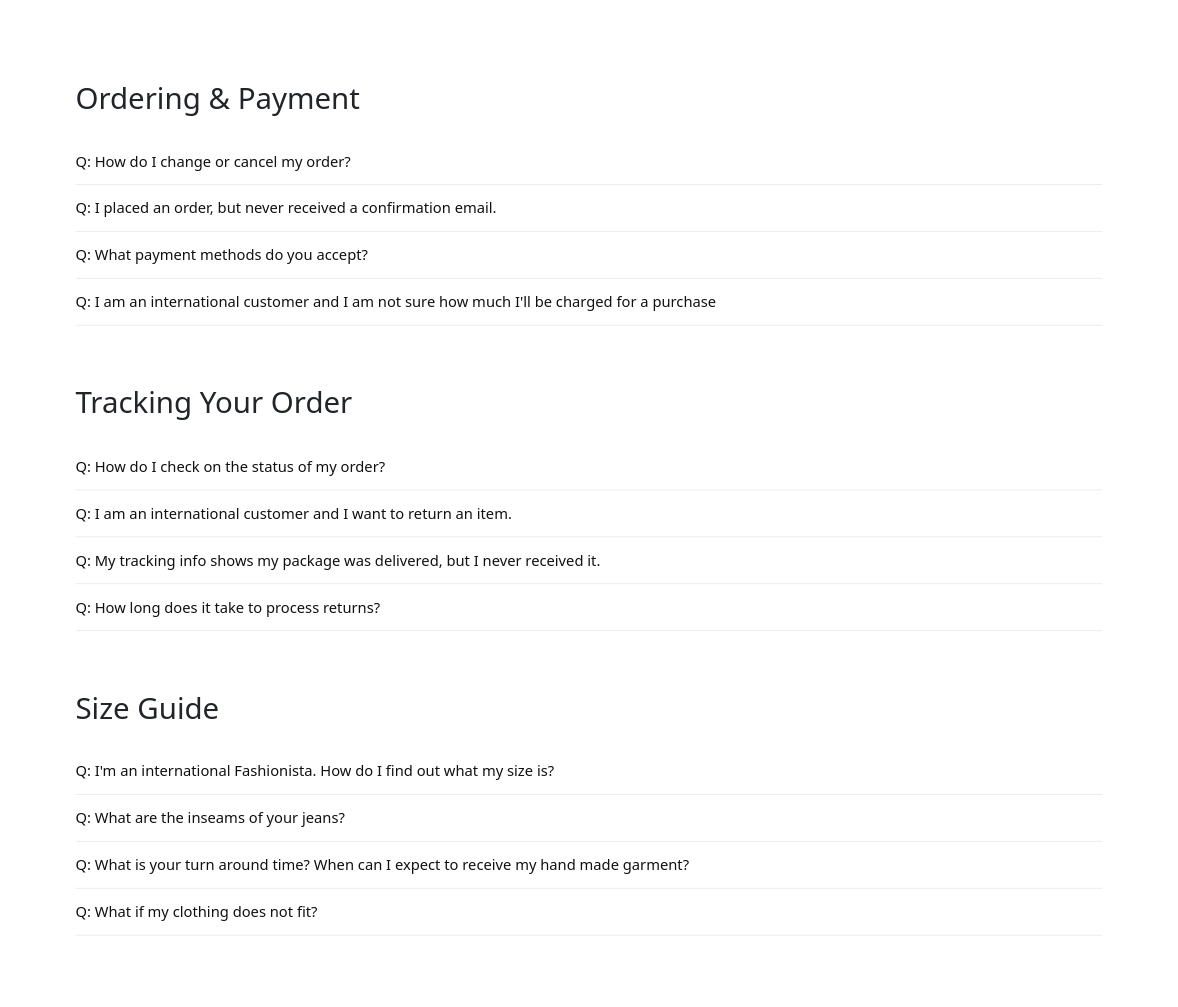
Repository: ST-United-Internship/Modaz-4life
Page: FaQ/FAQ.html
The author's editor kept a copy of each file at every save. The page is drawn from the files as they stood at one save, then again after the next save.
The browser window is 1280 px wide. The pictures show the whole page, at 92% of full size.

Above is the page before, as saved 2023-03-22 16:22:41.

### FaQ/FAQ.html
<!DOCTYPE html>
<html lang="en">
<head>
    <meta charset="UTF-8">
    <meta http-equiv="X-UA-Compatible" content="IE=edge">
    <meta name="viewport" content="width=device-width, initial-scale=1.0">
    <link rel="stylesheet" type="text/css" href="FAQ.css" >
    <link href="https://cdn.jsdelivr.net/npm/bootstrap@5.3.0-alpha1/dist/css/bootstrap.min.css" rel="stylesheet" integrity="sha384-GLhlTQ8iRABdZLl6O3oVMWSktQOp6b7In1Zl3/Jr59b6EGGoI1aFkw7cmDA6j6gD" crossorigin="anonymous">
    <title>Document</title>
</head>
<body class="bodi header_sticky header-style-2 has-menu-extra">
   <!-- <div class="boxed">
    <div class="title-page textImg textImg1" style="background-position: 50% 89px;">
        <div class="container">
            <div class="row">
                <div class="col-md-12">
                    <div class="heading-page">
                    <h1 class="title">FAQ</h1>
                    </div>
                    <div class="breadcrumbs">
                    <ul>
                    <li><a href="index.html">Home</a></li>
                    <li><a href="coming-soon.html">Page</a></li>
                    <li><a href="faqs.html">Faq</a></li>
                    </ul>
                    </div>
                    </div>
            </div>
        </div>
    </div>
   </div>

</div> -->
    <div class="boxed">
        <section class="text-row">
            <div class="container">
                <div class="row">
                    <div class="col-md-12">
                        <div class="over-title">
                            <h2>Ordering & Payment</h2>
                        </div>
                        <div class="over-rise">
                            <div class="over-toggle">
                                <div class="toggle-title">Q: How do I change or cancel my order?</div>
                                <div class="toggle-text">
                                    <p>
                                    We’re super quick at processing orders to make sure that you receive them as soon as possible. You can change your order as much as you like before you click “Check- out” but after this point you will be unable to make changes to your order. Keep in mind our system is designed to fulfill orders as quickly as possible. We cannot cancel or change an order once it has been placed. In such case you can however, return the item to us in accordance with our Returns Policy. If we sent out your package and your items are returned to us (Packages marked "Return to Sender") due to an incorrect/undeliverable address, we will issue a store credit for the net total minus the shipping fee. You will be held responsible for the initial cost of shipping the package.
                                    </p>
                                    </div>
                            </div>
                            <div class="over-toggle">
                                <div class="toggle-title ">Q: I placed an order, but never received a confirmation email.</div>
                                <div class="toggle-text" style="display: block;">
                                    <p>
                                        We’re super quick at processing orders to make sure that you receive them as soon as possible. You can change your order as much as you like before you click “Check- out” but after this point you will be unable to make changes to your order. Keep in mind our system is designed to fulfill orders as quickly as possible. We cannot cancel or change an order once it has been placed. In such case you can however, return the item to us in accordance with our Returns Policy. If we sent out your package and your items are returned to us (Packages marked "Return to Sender") due to an incorrect/undeliverable address, we will issue a store credit for the net total minus the shipping fee. You will be held responsible for the initial cost of shipping the package.
                                    </p>
                                </div>
                            </div>
                            <div class="over-toggle">
                                <div class="toggle-title">Q: What payment methods do you accept?</div>
                                <div class="toggle-text" style="display: block;">
                                    <p>
                                        We’re super quick at processing orders to make sure that you receive them as soon as possible. You can change your order as much as you like before you click “Check- out” but after this point you will be unable to make changes to your order. Keep in mind our system is designed to fulfill orders as quickly as possible. We cannot cancel or change an order once it has been placed. In such case you can however, return the item to us in accordance with our Returns Policy. If we sent out your package and your items are returned to us (Packages marked "Return to Sender") due to an incorrect/undeliverable address, we will issue a store credit for the net total minus the shipping fee. You will be held responsible for the initial cost of shipping the package.
                                    </p>
                                </div>
                            </div>
                            <div class="over-toggle">
                                <div class="toggle-title ">Q: I am an international customer and I am not sure how much I'll be charged for a purchase</div>
                                <div class="toggle-text" style="display: block;">
                                    <p>
                                        We’re super quick at processing orders to make sure that you receive them as soon as possible. You can change your order as much as you like before you click “Check- out” but after this point you will be unable to make changes to your order. Keep in mind our system is designed to fulfill orders as quickly as possible. We cannot cancel or change an order once it has been placed. In such case you can however, return the item to us in accordance with our Returns Policy. If we sent out your package and your items are returned to us (Packages marked "Return to Sender") due to an incorrect/undeliverable address, we will issue a store credit for the net total minus the shipping fee. You will be held responsible for the initial cost of shipping the package.
                                    </p>
                                </div>
                            </div>
                        </div>
                    </div>
                </div>
                <div class="loaded"></div>
                <div class="row">
                    <div class="col-md-12">
                        <div class="over-title">
                            <h2>Tracking Your Order</h2>
                        </div>
                        <div class="over-rise">
                            <div class="over-toggle">
                                <div class="toggle-title ">Q: How do I check on the status of my order?</div>
                                <div class="toggle-text" style="display: block;">
                                    <p>
                                        We’re super quick at processing orders to make sure that you receive them as soon as possible. You can change your order as much as you like before you click “Check- out” but after this point you will be unable to make changes to your order. Keep in mind our system is designed to fulfill orders as quickly as possible. We cannot cancel or change an order once it has been placed. In such case you can however, return the item to us in accordance with our Returns Policy. If we sent out your package and your items are returned to us (Packages marked "Return to Sender") due to an incorrect/undeliverable address, we will issue a store credit for the net total minus the shipping fee. You will be held responsible for the initial cost of shipping the package.
                                    </p>
                                </div>
                            </div>
                            <div class="over-toggle">
                                <div class="toggle-title ">Q: I am an international customer and I want to return an item.</div>
                                <div class="toggle-text" style="display: block;">
                                    <p>
                                        We’re super quick at processing orders to make sure that you receive them as soon as possible. You can change your order as much as you like before you click “Check- out” but after this point you will be unable to make changes to your order. Keep in mind our system is designed to fulfill orders as quickly as possible. We cannot cancel or change an order once it has been placed. In such case you can however, return the item to us in accordance with our Returns Policy. If we sent out your package and your items are returned to us (Packages marked "Return to Sender") due to an incorrect/undeliverable address, we will issue a store credit for the net total minus the shipping fee. You will be held responsible for the initial cost of shipping the package.
                                    </p>
                                </div>
                            </div>
                            <div class="over-toggle">
                                <div class="toggle-title ">Q: My tracking info shows my package was delivered, but I never received it.</div>
                                <div class="toggle-text" style="display: block;">
                                    <p>
                                        We’re super quick at processing orders to make sure that you receive them as soon as possible. You can change your order as much as you like before you click “Check- out” but after this point you will be unable to make changes to your order. Keep in mind our system is designed to fulfill orders as quickly as possible. We cannot cancel or change an order once it has been placed. In such case you can however, return the item to us in accordance with our Returns Policy. If we sent out your package and your items are returned to us (Packages marked "Return to Sender") due to an incorrect/undeliverable address, we will issue a store credit for the net total minus the shipping fee. You will be held responsible for the initial cost of shipping the package.
                                    </p>
                                </div>
                            </div>
                            <div class="over-toggle">
                                <div class="toggle-title ">Q: How long does it take to process returns?</div>
                                <div class="toggle-text" style="display: block;">
                                    <p>
                                        We’re super quick at processing orders to make sure that you receive them as soon as possible. You can change your order as much as you like before you click “Check- out” but after this point you will be unable to make changes to your order. Keep in mind our system is designed to fulfill orders as quickly as possible. We cannot cancel or change an order once it has been placed. In such case you can however, return the item to us in accordance with our Returns Policy. If we sent out your package and your items are returned to us (Packages marked "Return to Sender") due to an incorrect/undeliverable address, we will issue a store credit for the net total minus the shipping fee. You will be held responsible for the initial cost of shipping the package.
                                    </p>
                                </div>
                            </div>
                        </div>
                    </div>
                </div>
                <div class="loaded"></div>
                <div class="row">
                    <div class="col-md-12">
                        <div class="over-title">
                            <h2>Size Guide</h2>
                        </div>
                        <div class="over-rise">
                            <div class="over-toggle">
                                <div class="toggle-title">Q: I'm an international Fashionista. How do I find out what my size is?</div>
                                <div class="toggle-text" style="display: block;">
                                    <p>
                                        We’re super quick at processing orders to make sure that you receive them as soon as possible. You can change your order as much as you like before you click “Check- out” but after this point you will be unable to make changes to your order. Keep in mind our system is designed to fulfill orders as quickly as possible. We cannot cancel or change an order once it has been placed. In such case you can however, return the item to us in accordance with our Returns Policy. If we sent out your package and your items are returned to us (Packages marked "Return to Sender") due to an incorrect/undeliverable address, we will issue a store credit for the net total minus the shipping fee. You will be held responsible for the initial cost of shipping the package.
                                    </p>
                                </div>
                            </div>
                            <div class="over-toggle">
                                <div class="toggle-title ">Q: What are the inseams of your jeans?</div>
                                <div class="toggle-text" style="display: block;">
                                    <p>
                                        We’re super quick at processing orders to make sure that you receive them as soon as possible. You can change your order as much as you like before you click “Check- out” but after this point you will be unable to make changes to your order. Keep in mind our system is designed to fulfill orders as quickly as possible. We cannot cancel or change an order once it has been placed. In such case you can however, return the item to us in accordance with our Returns Policy. If we sent out your package and your items are returned to us (Packages marked "Return to Sender") due to an incorrect/undeliverable address, we will issue a store credit for the net total minus the shipping fee. You will be held responsible for the initial cost of shipping the package.
                                    </p>
                                </div>
                            </div>
                            <div class="over-toggle">
                                <div class="toggle-title ">Q: What is your turn around time? When can I expect to receive my hand made garment?</div>
                                <div class="toggle-text" style="display: block;">
                                    <p>
                                        We’re super quick at processing orders to make sure that you receive them as soon as possible. You can change your order as much as you like before you click “Check- out” but after this point you will be unable to make changes to your order. Keep in mind our system is designed to fulfill orders as quickly as possible. We cannot cancel or change an order once it has been placed. In such case you can however, return the item to us in accordance with our Returns Policy. If we sent out your package and your items are returned to us (Packages marked "Return to Sender") due to an incorrect/undeliverable address, we will issue a store credit for the net total minus the shipping fee. You will be held responsible for the initial cost of shipping the package.
                                    </p>
                                </div>
                            </div>
                            <div class="over-toggle">
                                <div class="toggle-title ">Q: What if my clothing does not fit?</div>
                                <div class="toggle-text" style="display: block;">
                                    <p>
                                        We’re super quick at processing orders to make sure that you receive them as soon as possible. You can change your order as much as you like before you click “Check- out” but after this point you will be unable to make changes to your order. Keep in mind our system is designed to fulfill orders as quickly as possible. We cannot cancel or change an order once it has been placed. In such case you can however, return the item to us in accordance with our Returns Policy. If we sent out your package and your items are returned to us (Packages marked "Return to Sender") due to an incorrect/undeliverable address, we will issue a store credit for the net total minus the shipping fee. You will be held responsible for the initial cost of shipping the package.
                                    </p>
                                </div>
                            </div>
                        </div>
                    </div>
                </div>
            </div>
        </section>
    </div>
  <script src="https://cdn.jsdelivr.net/npm/@popperjs/core@2.11.6/dist/umd/popper.min.js" integrity="sha384-oBqDVmMz9ATKxIep9tiCxS/Z9fNfEXiDAYTujMAeBAsjFuCZSmKbSSUnQlmh/jp3" crossorigin="anonymous"></script>
<script src="https://cdn.jsdelivr.net/npm/bootstrap@5.3.0-alpha1/dist/js/bootstrap.min.js" integrity="sha384-mQ93GR66B00ZXjt0YO5KlohRA5SY2XofN4zfuZxLkoj1gXtW8ANNCe9d5Y3eG5eD" crossorigin="anonymous"></script>

<!--javaScript-->
<script
  src="https://code.jquery.com/jquery-1.12.4.js"
  integrity="sha256-Qw82+bXyGq6MydymqBxNPYTaUXXq7c8v3CwiYwLLNXU="
  crossorigin="anonymous"></script>
<!-- <script src="javascript/main.js"></script> -->
<script>
    (function($) {
    var flatAccordion = function() {
      var speed= {duration: 500};
      $('.toggle-text').hide();
      $('.over-rise .toggle-title.active').siblings('.toggle-text').show();

      $('.over-rise .toggle-title').on('click', function(){
        if(!$(this).is('.active')) {
          $(this).closest('.over-rise').find('.toggle-title.active').toggleClass('active').next().slideToggle(speed);
          $(this).toggleClass('active');
          $(this).next().slideToggle(speed);
        }else {
          $(this).toggleClass('active');
          $(this).next().slideToggle(speed);
        }
      });
    };
	$(function() {
      flatAccordion();
   	});
})(jQuery);
</script>



</body>

</html>

### FaQ/FAQ.css

@import "https://fonts.googleapis.com/css?family=Poppins:100,100i,200,200i,300,300i,400,500,600,700|";
@font-face {
    font-family: 'Poppins';
    font-style: italic;
    font-weight: 100;
    src: url(https://fonts.gstatic.com/s/poppins/v20/pxiAyp8kv8JHgFVrJJLmE0tMMPKzSQ.woff2) format('woff2');
}
 body{
    font: 14px/26px "Poppins",sans-serif;
    font-weight: 300;
    background-color: #fff;
    color: #6e6e6e;
 }
.boxed{
    overflow: hidden;
    position: relative;
}
.text-row{
    clear: both;
    display: block;
    position: relative;
    padding: 87px 0 63px 0;
    overflow: hidden;
}

.container{
    position: relative;
    margin: 0 auto;
}

.loaded{
    clear: both;
    display: block;
    height: 49px;
}

.over-title{
    margin-bottom: 40px;
}

h2{
    font-size: 24px;
    line-height: 30px;
    color: #252525;
    f
}

.over-rise .over-toggle{
    margin-bottom: 15px;
}

.over-rise .over-toggle .toggle-title{
    font-size: 16px;
    line-height: 20px;
    font-weight: 400;
    color: #111;
    border-bottom: 1px solid #ebebeb;
    padding-bottom: 15px;
    margin-bottom: 11px;
    cursor: pointer;
}

.over-rise .over-toggle .toggle-text{
    border-bottom: 1px solid #ebebeb;
    padding-bottom: 14px;
}

.over-rise .over-toggle .toggle-text p{
    line-height: 24px;
    margin-bottom: 25px;
    font-size: 14px;
    filter: contrast(1%);
    font-family: "Poppins",sans-serif;
}

After the next save:
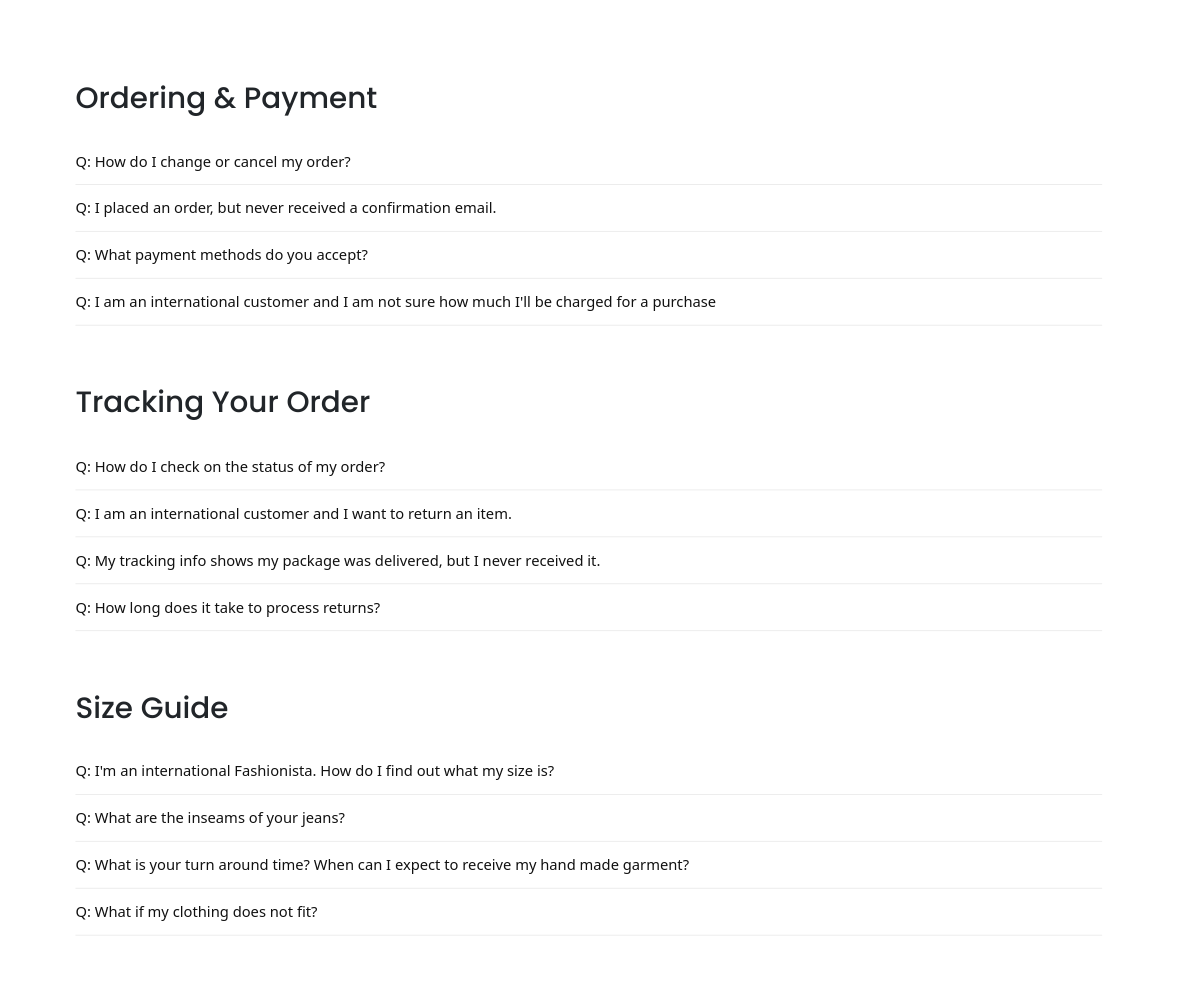
Saved 4 s later.
--- a/FaQ/FAQ.css
+++ b/FaQ/FAQ.css
@@ -43,7 +43,7 @@ h2{
     font-size: 24px;
     line-height: 30px;
     color: #252525;
-    f
+    font-family: "Poppins",sans-serif;;
 }
 
 .over-rise .over-toggle{
